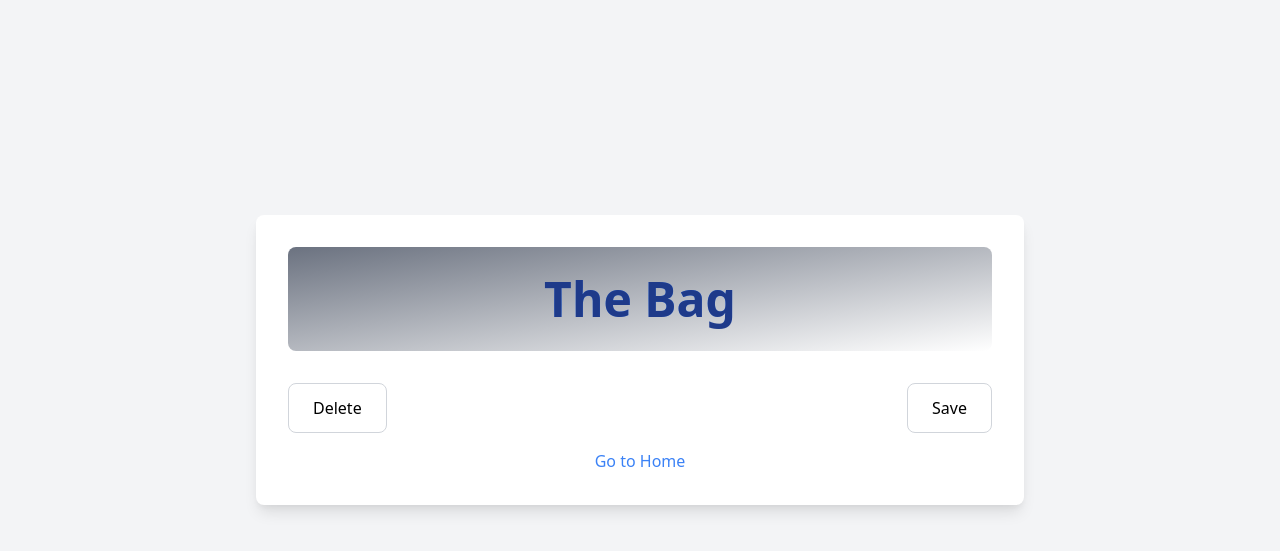
Repository: MercyB19/Russaw_Mercy_Adulting-101_Capstone
Page: Thebag.html
An editor plug-in stored every save of this project. The page is shown before and after the next save, followed by the edit.
The browser window is 1280 px wide. The pictures show the whole page.
Some web fonts or font styles are not loaded; a fallback is used.

Above is the page before, as saved 2024-09-14 22:10:51.

### Thebag.html
<!DOCTYPE html>
<html lang="en">

<head>
  <meta charset="UTF-8">
  <meta name="viewport" content="width=device-width, initial-scale=1.0">
  <title>Money Stuff</title>
  <link href="https://cdn.jsdelivr.net/npm/tailwindcss@2.2.19/dist/tailwind.min.css" rel="stylesheet">
  <link rel="stylesheet" href="https://fonts.googleapis.com/css2?family=Balsamiq+Sans:wght@400;700&display=swap">
  <link rel="stylesheet" href="https://fonts.googleapis.com/css2?family=Inter:wght@400;500;600&display=swap">
  <link rel="stylesheet" href="https://fonts.googleapis.com/css2?family=Poppins:wght@500;700&display=swap">
</head>

<body class="bg-gray-100 flex justify-center items-center min-h-screen">
  <div class="w-full max-w-screen-md bg-white rounded-lg shadow-lg p-8">
    <header class="bg-gradient-to-br from-gray-500 p-7 rounded-lg text-center mb-8">
      <div class="text-5xl font-bold text-blue-900 bg-gradient-to-tl from-gray-100 via-blue-500 to-gray-300 bg-clip-text text-transparent">
        The Bag
      </div>
    </header>
    <form id="theBagform" class="w-full flex flex-col items-center">

      <div class="w-full flex justify-between gap-4">
        <button type="button" id="deleteButton" class="py-3 px-6 bg-white border border-gray-300 rounded-lg hover:bg-gray-100">Delete</button>
        <button type="button" id="saveButton" class="py-3 px-6 bg-white border border-gray-300 rounded-lg hover:bg-gray-100">Save</button>
      </div>
      <div id="saveMessage" class="text-green-500 mt-4 hidden">Form Saved</div>
      <div class="text-center mt-4">
        <a href="page2.html" class="text-blue-500 hover:underline">Go to Home</a>
      </div>
    </form>
  </div>

  <script>
    document.getElementById("saveButton").addEventListener("click", () => {
      const saveMessage = document.getElementById("saveMessage");
      saveMessage.classList.remove("hidden");
      setTimeout(() => {
        saveMessage.classList.add("hidden");
      }, 3000);
    });

    document.getElementById("deleteButton").addEventListener("click", () => {
      document.getElementById("theBagform").reset();
    });
  </script>
</body>

</html>

After the next save:
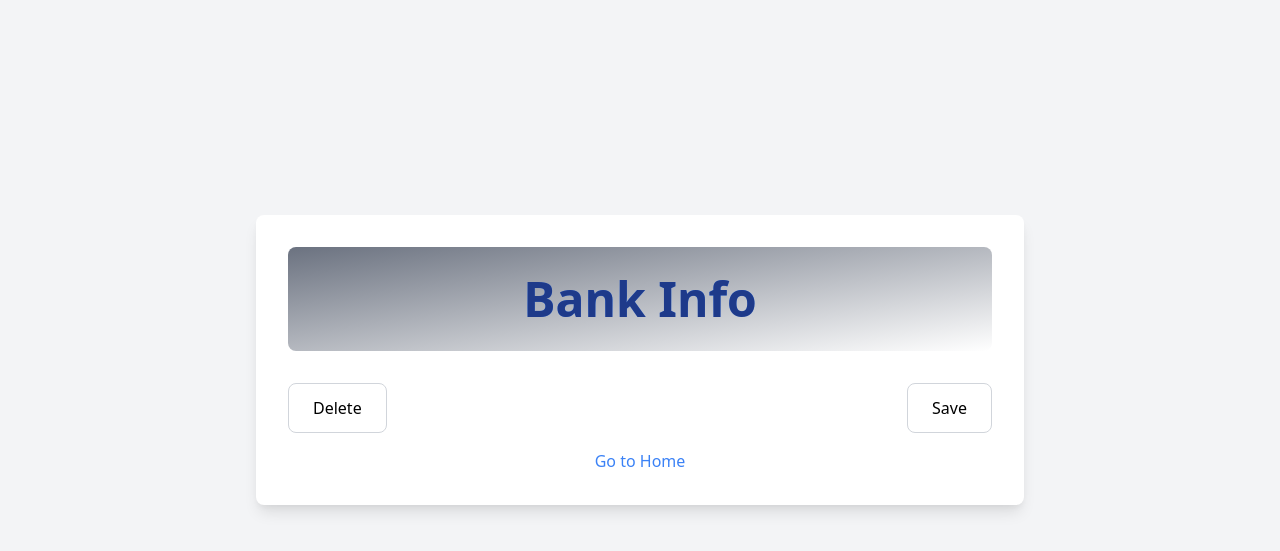
Saved 3 min 12 s later.
--- a/Thebag.html
+++ b/Thebag.html
@@ -15,7 +15,7 @@
   <div class="w-full max-w-screen-md bg-white rounded-lg shadow-lg p-8">
     <header class="bg-gradient-to-br from-gray-500 p-7 rounded-lg text-center mb-8">
       <div class="text-5xl font-bold text-blue-900 bg-gradient-to-tl from-gray-100 via-blue-500 to-gray-300 bg-clip-text text-transparent">
-        The Bag
+        Bank Info
       </div>
     </header>
     <form id="theBagform" class="w-full flex flex-col items-center">
